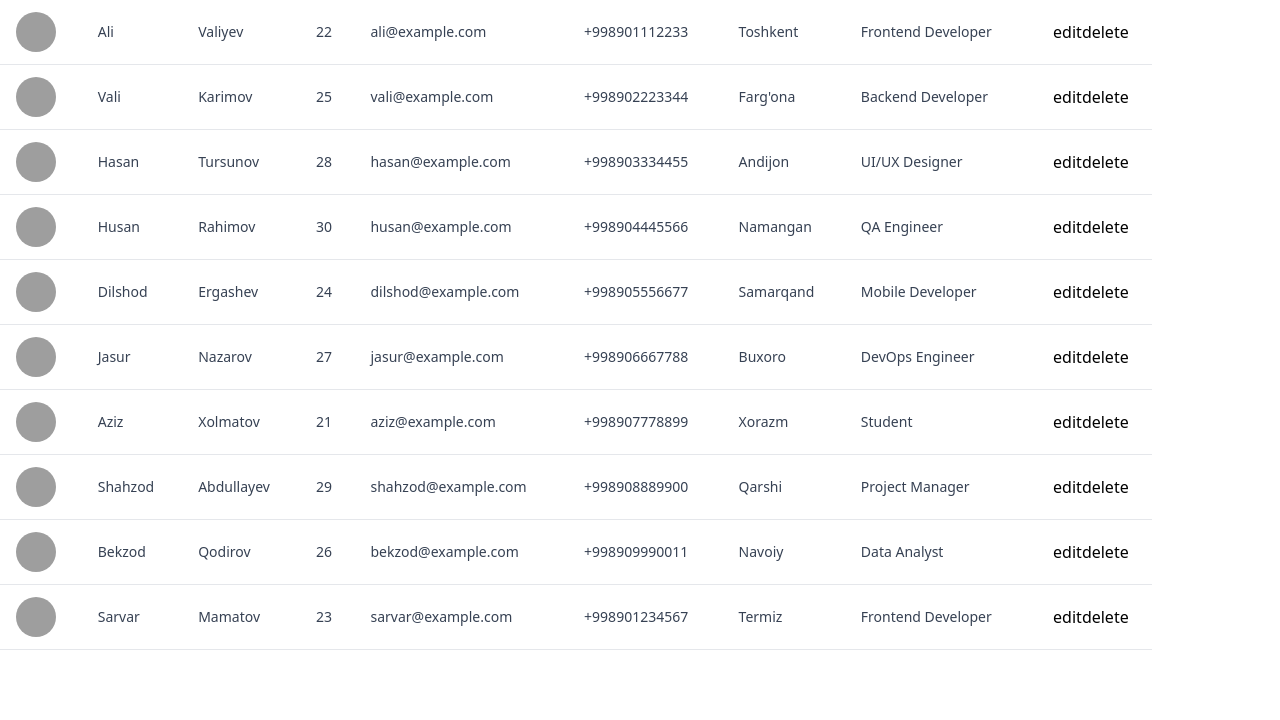
Repository: jamboy008/useformik
Page: /
These files come from the project's save history. The page is drawn as it stood at one moment and after a run of saves; the edit follows.
The browser window is 1280 px wide. The pictures show the whole page.
Pictures or frames that could not be fetched are drawn as grey boxes. The project was rebuilt for these pictures with package versions that can differ from the ones it lists, and the page was loaded fresh each time. Also part of the build but not shown: vite.config.js.

Above is the page before, as saved 2026-08-11 14:58:19.

### index.html
<!doctype html>
<html lang="en">
  <head>
    <meta charset="UTF-8" />
    <link rel="icon" type="image/svg+xml" href="/favicon.svg" />
    <meta name="viewport" content="width=device-width, initial-scale=1.0" />
    <title>7-11dars</title>
  </head>
  <body>
    <div id="root"></div>
    <script type="module" src="/src/main.jsx"></script>
  </body>
</html>

### src/App.jsx
import React from 'react'
import Table from './components/Table'

function App() {
  return (
    <>
      <Table />
    </>
  )
}

export default App

### src/components/Table.jsx
import React, { useState } from "react";
import { users } from "../data/users";
import Button from "./Button";
import TableRow from "./TableRow";

function Table() {
  let [data, setData] = useState(users);
  function handleDelete(id) {
    setData(data.filter((user) => user.id !== id));
  }
  return (
    <table className="w-[90vw]">
      <thead className="bg-gray-100">

      </thead>
      <tbody>
        {data.map((user)=>(
        <TableRow user={user} key={user.id} handleDelete={handleDelete}/>
        ))}
      </tbody>
    </table>
  );
}

export default Table;

### src/data/users.js
export const users = [
  {
    id: 1,
    firstName: "Ali",
    lastName: "Valiyev",
    age: 22,
    email: "ali@example.com",
    phone: "+998901112233",
    city: "Toshkent",
    profession: "Frontend Developer",
    isMarried: false,
    salary: 1200,
    avatar: "https://i.pravatar.cc/150?img=1",
  },
  {
    id: 2,
    firstName: "Vali",
    lastName: "Karimov",
    age: 25,
    email: "vali@example.com",
    phone: "+998902223344",
    city: "Farg'ona",
    profession: "Backend Developer",
    isMarried: true,
    salary: 1500,
    avatar: "https://i.pravatar.cc/150?img=2",
  },
  {
    id: 3,
    firstName: "Hasan",
    lastName: "Tursunov",
    age: 28,
    email: "hasan@example.com",
    phone: "+998903334455",
    city: "Andijon",
    profession: "UI/UX Designer",
    isMarried: false,
    salary: 1100,
    avatar: "https://i.pravatar.cc/150?img=3",
  },
  {
    id: 4,
    firstName: "Husan",
    lastName: "Rahimov",
    age: 30,
    email: "husan@example.com",
    phone: "+998904445566",
    city: "Namangan",
    profession: "QA Engineer",
    isMarried: true,
    salary: 1300,
    avatar: "https://i.pravatar.cc/150?img=4",
  },
  {
    id: 5,
    firstName: "Dilshod",
    lastName: "Ergashev",
    age: 24,
    email: "dilshod@example.com",
    phone: "+998905556677",
    city: "Samarqand",
    profession: "Mobile Developer",
    isMarried: false,
    salary: 1400,
    avatar: "https://i.pravatar.cc/150?img=5",
  },
  {
    id: 6,
    firstName: "Jasur",
    lastName: "Nazarov",
    age: 27,
    email: "jasur@example.com",
    phone: "+998906667788",
    city: "Buxoro",
    profession: "DevOps Engineer",
    isMarried: true,
    salary: 1800,
    avatar: "https://i.pravatar.cc/150?img=6",
  },
  {
    id: 7,
    firstName: "Aziz",
    lastName: "Xolmatov",
    age: 21,
    email: "aziz@example.com",
    phone: "+998907778899",
    city: "Xorazm",
    profession: "Student",
    isMarried: false,
    salary: 500,
    avatar: "https://i.pravatar.cc/150?img=7",
  },
  {
    id: 8,
    firstName: "Shahzod",
    lastName: "Abdullayev",
    age: 29,
    email: "shahzod@example.com",
    phone: "+998908889900",
    city: "Qarshi",
    profession: "Project Manager",
    isMarried: true,
    salary: 2000,
    avatar: "https://i.pravatar.cc/150?img=8",
  },
  {
    id: 9,
    firstName: "Bekzod",
    lastName: "Qodirov",
    age: 26,
    email: "bekzod@example.com",
    phone: "+998909990011",
    city: "Navoiy",
    profession: "Data Analyst",
    isMarried: false,
    salary: 1600,
    avatar: "https://i.pravatar.cc/150?img=9",
  },
  {
    id: 10,
    firstName: "Sarvar",
    lastName: "Mamatov",
    age: 23,
    email: "sarvar@example.com",
    phone: "+998901234567",
    city: "Termiz",
    profession: "Frontend Developer",
    isMarried: false,
    salary: 1000,
    avatar: "https://i.pravatar.cc/150?img=10",
  },
];

### src/components/Button.jsx
import React from "react";
const variants = {
  delete: "bg-red-600 text-white p-2 text-2xl",
};

function Button({ text, variant }) {
  return <button className={`${variants[variant]}`}>{text}</button>;
}

export default Button;

### src/components/TableRow.jsx
import React from "react";
import Button from "./Button";

function TableRow({ user, handleDelete }) {
  return (
      <tr key={user.id} className="border-b border-gray-200">
        <td className="px-4 py-3 text-sm text-gray-700">
          <img
            src={user.avatar}
            alt={user.firstName}
            className="w-10 h-10 rounded-full"
          />
        </td>
        <td className="px-4 py-3 text-sm text-gray-700">{user.firstName}</td>
        <td className="px-4 py-3 text-sm text-gray-700">{user.lastName}</td>
        <td className="px-4 py-3 text-sm text-gray-700">{user.age}</td>
        <td className="px-4 py-3 text-sm text-gray-700">{user.email}</td>
        <td className="px-4 py-3 text-sm text-gray-700">{user.phone}</td>
        <td className="px-4 py-3 text-sm text-gray-700">{user.city}</td>
        <td className="px-4 py-3 text-sm text-gray-700">{user.profession}</td>
        <td className="px-4 py-3 text-center">
          <Button variant={"secondary"} text="edit" />
          <Button
            variant={"danger"}
            text="delete"
            onClick={() => handleDelete(user.id)}
          />
        </td>
      </tr>
  );
}

export default TableRow;

Loaded but not shown: src/main.jsx (common file); src/index.css (common file)

After the next 3 saves:
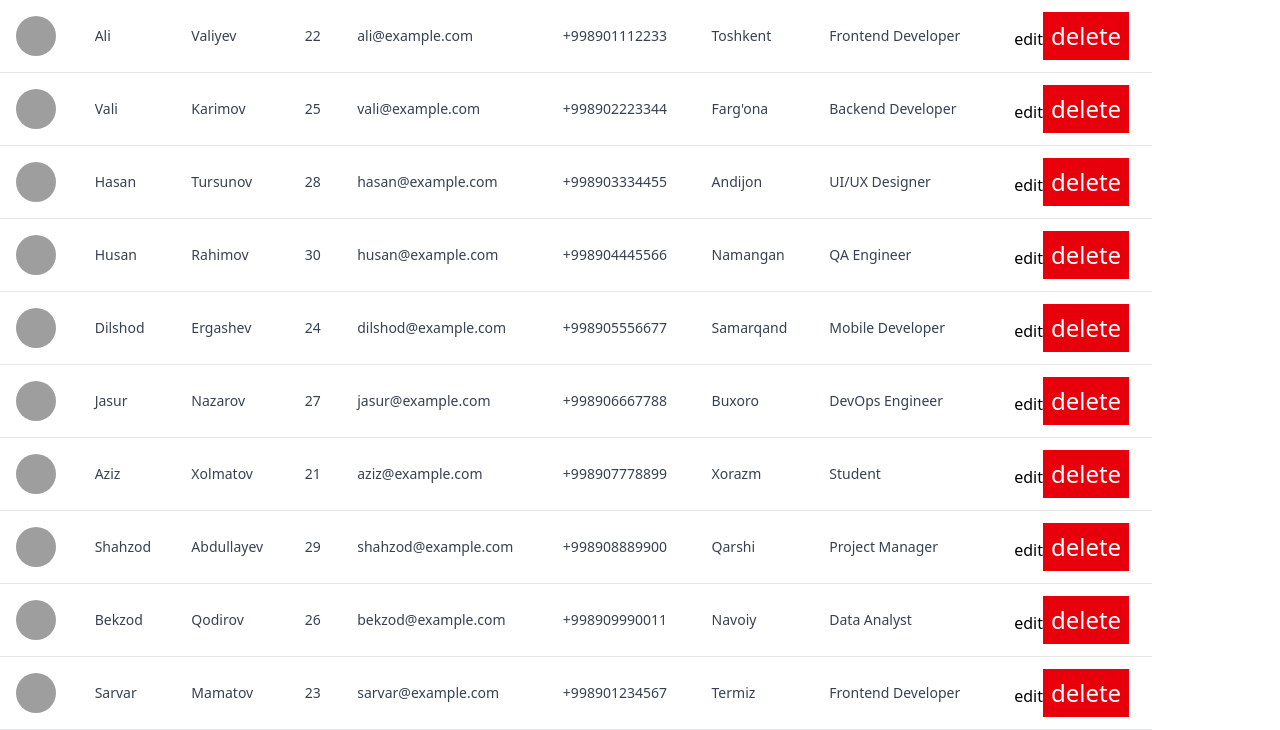
The 3 saves are shown as one change because they came seconds apart.
The last was saved 20 s later.
--- a/src/components/TableRow.jsx
+++ b/src/components/TableRow.jsx
@@ -3,30 +3,30 @@ import Button from "./Button";
 
 function TableRow({ user, handleDelete }) {
   return (
-      <tr key={user.id} className="border-b border-gray-200">
-        <td className="px-4 py-3 text-sm text-gray-700">
-          <img
-            src={user.avatar}
-            alt={user.firstName}
-            className="w-10 h-10 rounded-full"
-          />
-        </td>
-        <td className="px-4 py-3 text-sm text-gray-700">{user.firstName}</td>
-        <td className="px-4 py-3 text-sm text-gray-700">{user.lastName}</td>
-        <td className="px-4 py-3 text-sm text-gray-700">{user.age}</td>
-        <td className="px-4 py-3 text-sm text-gray-700">{user.email}</td>
-        <td className="px-4 py-3 text-sm text-gray-700">{user.phone}</td>
-        <td className="px-4 py-3 text-sm text-gray-700">{user.city}</td>
-        <td className="px-4 py-3 text-sm text-gray-700">{user.profession}</td>
-        <td className="px-4 py-3 text-center">
-          <Button variant={"secondary"} text="edit" />
-          <Button
-            variant={"danger"}
-            text="delete"
-            onClick={() => handleDelete(user.id)}
-          />
-        </td>
-      </tr>
+    <tr key={user.id} className="border-b border-gray-200">
+      <td className="px-4 py-3 text-sm text-gray-700">
+        <img
+          src={user.avatar}
+          alt={user.firstName}
+          className="w-10 h-10 rounded-full"
+        />
+      </td>
+      <td className="px-4 py-3 text-sm text-gray-700">{user.firstName}</td>
+      <td className="px-4 py-3 text-sm text-gray-700">{user.lastName}</td>
+      <td className="px-4 py-3 text-sm text-gray-700">{user.age}</td>
+      <td className="px-4 py-3 text-sm text-gray-700">{user.email}</td>
+      <td className="px-4 py-3 text-sm text-gray-700">{user.phone}</td>
+      <td className="px-4 py-3 text-sm text-gray-700">{user.city}</td>
+      <td className="px-4 py-3 text-sm text-gray-700">{user.profession}</td>
+      <td className="px-4 py-3 text-center">
+        <Button variant={"secondary"} text="edit" />
+        <Button
+          variant={"delete"}
+          text="delete"
+          onClick={() => handleDelete(user.id)}
+        />
+      </td>
+    </tr>
   );
 }
 
